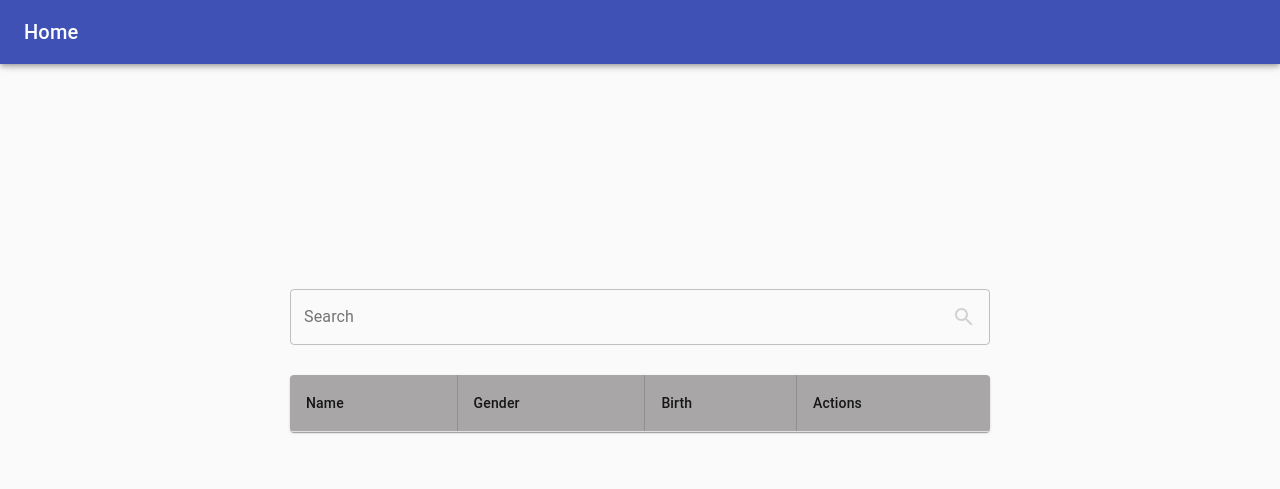
Repository: GabrielBrandaoProjetos/patient-manager
Page: /
An editor plug-in stored every save of this project. The page is shown before and after the next save, followed by the edit.
The browser window is 1280 px wide. The pictures show the whole page.
The project was rebuilt for these pictures with package versions that can differ from the ones it lists, and the page was loaded fresh each time.

Above is the page before, as saved 2021-09-14 13:10:50.

### public/index.html
<!DOCTYPE html>
<html lang="en">
  <head>
    <meta charset="utf-8" />
    <meta name="viewport" content="minimum-scale=1, width=device-width, initial-scale=1" />
    <meta name="theme-color" content="#000000" />

    <title>React App</title>
  </head>
  <body>
    <noscript>You need to enable JavaScript to run this app.</noscript>
    <div id="root"></div>
  </body>
</html>

### src/App.tsx
import React from 'react';
import { CssBaseline } from '@material-ui/core';
import { Home } from './pages/Home/Home';


function App() {
  return (
    <>
    <CssBaseline />
    <Home />
    </>
  );
}

export default App;

### src/pages/Home/Home.tsx
import React from 'react';
import { AppBar, FormControl, InputAdornment, InputLabel, OutlinedInput, Paper, Table, TableCell, TableContainer, TableHead, TableRow, Toolbar, Typography } from '@material-ui/core';
import {Search} from '@material-ui/icons'
import { createStyles, makeStyles, Theme } from '@material-ui/core/styles';

const useStyles = makeStyles((theme: Theme) =>
  createStyles({
    root: {
      width: '100vw',
      height: '100vh',
      display: 'flex',
      flexDirection: 'column',
      alignItems: 'center',
      justifyContent: 'center',
    },
    title: {
      flexGrow: 1,
    },
    form: {
      maxWidth: 700,
      width: "100%",
    },
    outlinedInput: {

    },
    search: {
      color: "#d2d2d2",
    },
    tableContainer: {
      maxWidth: 700,
      width: "100%",

      marginTop: 30
    },
    table: {

    },
    row: {
      background: "#a8a6a6"
    },
    cell: {
      borderRight: "1px solid #928f8f"
    },
  }),
);

export const Home = () => {
  const classes = useStyles();
  return(
    <div className={classes.root}>
      <AppBar>
        <Toolbar>
          <Typography variant="h6" className={classes.title}>
            Home
          </Typography>
        </Toolbar>
      </AppBar>

      <FormControl className={classes.form} variant="outlined">
        <InputLabel htmlFor="outlined-adornment-search">Search</InputLabel>
        <OutlinedInput
          classes={{root: classes.outlinedInput}}
          id="outlined-adornment-search"
          type="search"
          // value={values.password}
          // onChange={handleChange('password')}
          endAdornment={
            <InputAdornment position="end">
              <Search className={classes.search}/>
            </InputAdornment>
          }
          labelWidth={70}
        />
      </FormControl>

      <TableContainer component={Paper} className={classes.tableContainer}>
        <Table className={classes.table} aria-label="simple table">
          <TableHead>
            <TableRow className={classes.row}>
              <TableCell className={classes.cell}>Name</TableCell>
              <TableCell className={classes.cell}>Gender</TableCell>
              <TableCell className={classes.cell}>Birth</TableCell>
              <TableCell>Actions</TableCell>
            </TableRow>
          </TableHead>
        </Table>

      </TableContainer>
    </div>
  )
}

Loaded but not shown: src/index.tsx (common file); src/reportWebVitals.ts (common file)

After the next save:
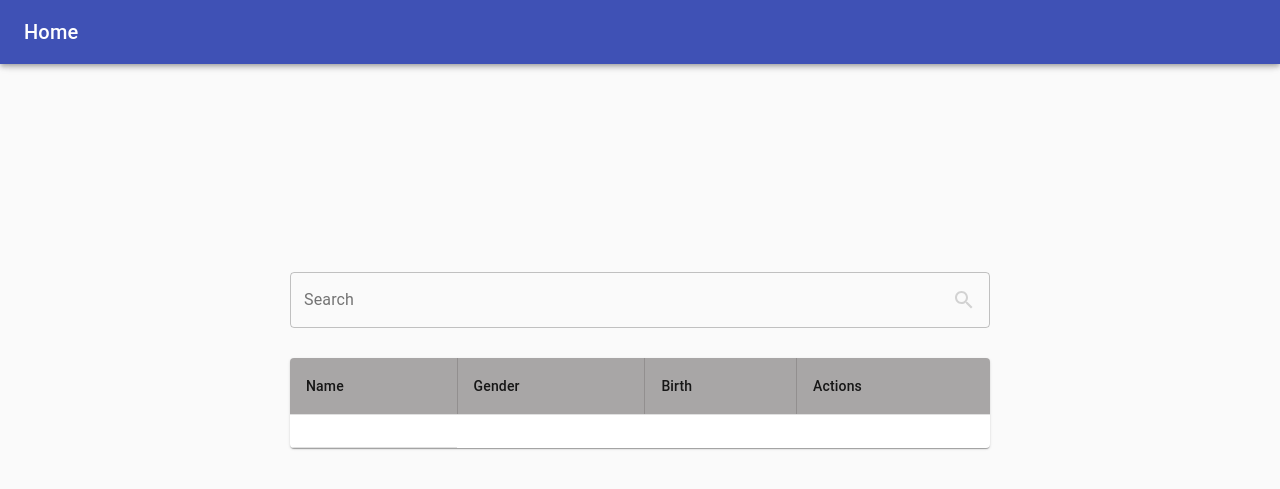
Saved 32 min 57 s later.
--- a/src/pages/Home/Home.tsx
+++ b/src/pages/Home/Home.tsx
@@ -1,5 +1,5 @@
 import React from 'react';
-import { AppBar, FormControl, InputAdornment, InputLabel, OutlinedInput, Paper, Table, TableCell, TableContainer, TableHead, TableRow, Toolbar, Typography } from '@material-ui/core';
+import { AppBar, FormControl, InputAdornment, InputLabel, OutlinedInput, Paper, Table, TableBody, TableCell, TableContainer, TableHead, TableRow, Toolbar, Typography } from '@material-ui/core';
 import {Search} from '@material-ui/icons'
 import { createStyles, makeStyles, Theme } from '@material-ui/core/styles';
 
@@ -83,6 +83,11 @@ export const Home = () => {
               <TableCell>Actions</TableCell>
             </TableRow>
           </TableHead>
+          <TableBody>
+            <TableRow>
+              <TableCell></TableCell>
+            </TableRow>
+          </TableBody>
         </Table>
 
       </TableContainer>
